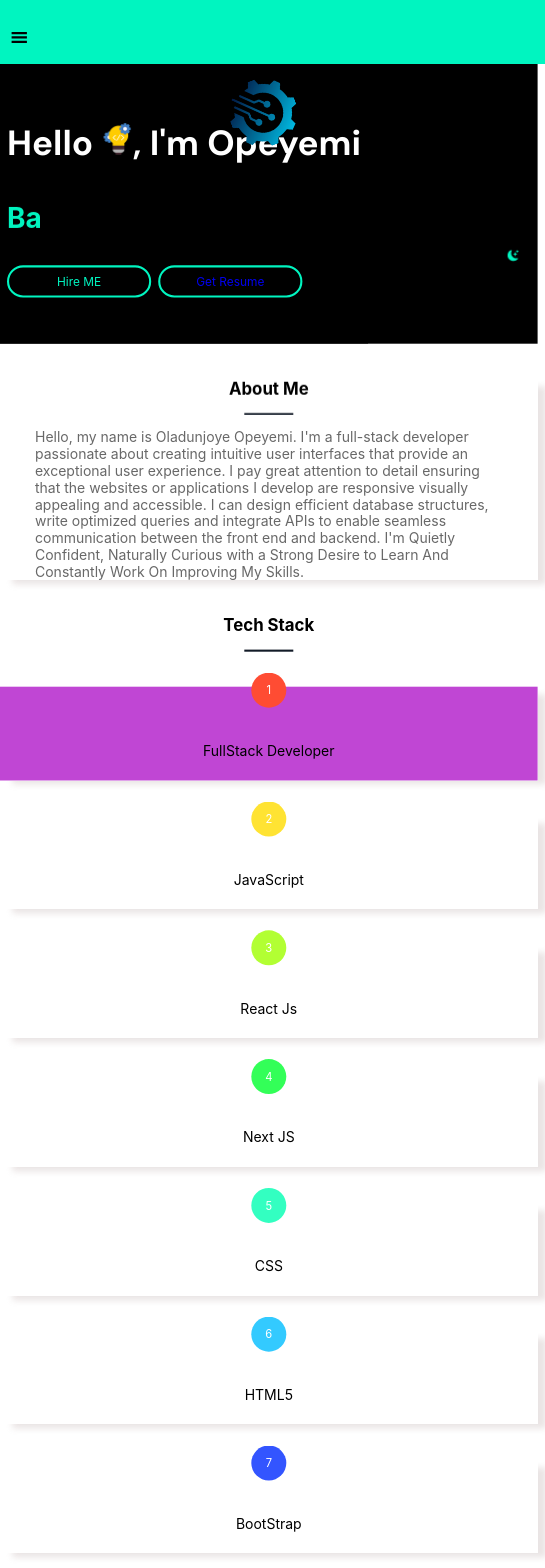
Repository: Laoye99/portfolio
Page: /
The author's editor kept a copy of each file at every save. The page is drawn from the files as they stood at one save, then again after the next save.
The browser window is 768 px wide. The page is 778 px wide, so the pictures cover 778 px, including what lies to the right of the window. The pictures show the part of the page from y = 0 to 2240 px (the page is 2716 px tall), at 70% of full size.
The project was rebuilt for these pictures with package versions that can differ from the ones it lists, and the page was loaded fresh each time. Imported but missing from the stored project, and not drawn on this page: src/components/Home/MyResume.pdf.

Above is the page before, as saved 2024-02-15 14:49:59.

### src/App.js
import './App.css';
import { createContext, useState } from 'react';
import ScrollToTop from 'react-scroll-to-top';
import Navbar from './components/SideNav/Navbar';
import Sidebar from './components/SideNav/Sidebar';
import About from './components/About/About';
import TechStack from './components/TechStack/TechStack';

export const ThemeContext = createContext(null);

const App = () => {
  const [theme, setTheme] = useState("light");

  const changeTheme = () => {
    setTheme((prev) => (prev === "light" ? "dark" : "light"));
  };
  return (
    <ThemeContext.Provider value={{ theme, changeTheme }}>
    <div id={theme}>
    <Navbar/>
    <Sidebar changeTheme={changeTheme} theme={theme}/>
    <About/>
    <TechStack/>
    </div>
    <ScrollToTop
    top="200"
    smooth
    height="20"
    width="20"
    color="#00f5c0"
    style={{ borderRadius: "90px ", backgroundColor: "#000000" }}
    />
    </ThemeContext.Provider>
  );
}

export default App;

### src/App.css
::-webkit-scrollbar {
  width: 8px;
  height: auto;
}

::-webkit-scrollbar-track {
  box-shadow: inset 0 0 5px rgb(103, 100, 109);
}

::-webkit-scrollbar-thumb {
  background-color: #121b27;
  border-radius: 5px;
}

::-webkit-scrollbar-thumb:hover {
  background-color: rgba(189, 59, 210, 0.94);
}

#dark {
  background-color: #273746;
  color: #ffffff;
}

### src/components/SideNav/Navbar.js
import { useState } from "react";
import "./Navbar.css";
import {GiHamburgerMenu} from "react-icons/gi";
import { Link } from "react-scroll";
import {
    FcHome,
    FcBriefcase,
    FcContacts,
    FcServices,
    FcCollaboration,
    FcPortraitMode } from "react-icons/fc";

const Navbar = () => {
    const [open, setOpen] = useState(false);

    const handleClick = () => {
        setOpen(!open);
    };
    return(
        <div className="navbar">
        <div className="navbar-header">
        <p>
        <GiHamburgerMenu size={25} onClick={handleClick} />
        </p>
        </div>
        {open ? (
        <div className="nav">
        <ul>
        <li className="nav-item">
        <Link
        to="home"
        spy={true}
        smooth={true}
        duration={100}
        offset={-100}
        >
        <FcHome size={25}/>
        Home
        </Link>
        </li>
        <li className="nav-item">
        <Link
        to="about"
        spy={true}
        smooth={true}
        duration={100}
        offset={-100}
        >
        <FcPortraitMode size={25}/>
        About
        </Link>
        </li>
        <li className="nav-item">
        <Link
        to="project"
        spy={true}
        smooth={true}
        duration={100}
        offset={-100}
        >
        <FcBriefcase  size={25}/>
        Work Experience
        </Link>
        </li>
        <li className="nav-item">
        <Link
        to="stack"
        spy={true}
        smooth={true}
        duration={100}
        offset={-100}
        >
        <FcServices  size={25} />
        Tech Stack
        </Link>
        </li>
        <li className="nav-item">
        <Link
        to="project"
        spy={true}
        smooth={true}
        duration={100}
        offset={-100}
        >
        <FcCollaboration   size={25} />
        Projects
        </Link>
        </li>
        <li className="nav-item">
        <Link
        to="contact"
        spy={true}
        smooth={true}
        duration={100}
        offset={-100}
        >
        <FcContacts size={25}/>
        Contact
        </Link>
        </li>
        </ul>
        </div>
        ) : null}
        </div>
    );
};

export default Navbar;

### src/components/SideNav/Sidebar.js
import { useState } from "react";
import { BsChevronLeft, BsChevronRight } from "react-icons/bs";
import "./Sidebar.css";
import SidebarList from "./SidebarList";
import Home from "../Home/Home";


const Sidebar = ({ theme,changeTheme }) => {
    const [expandSidebar, setExpandSidebar] = useState(true);

    const handleExpandClick = () => {
        setExpandSidebar(!expandSidebar);
    };
    return(
        <div className="container-fluid sidebar-section">
        <div className={expandSidebar ? "sidebar-expand sidebar" : "sidebar"}>
        <div className="icon-sidebar">
        <p onClick={handleExpandClick}>
        {expandSidebar ? (
            <BsChevronLeft size={30} color="#00f5c0"/>
            ) : (
        <BsChevronRight size={30} color="#00f5c0"/>
            )}
        </p>
        </div>
        <SidebarList expandSidebar={expandSidebar} />
        </div>
        <div className="container-fluid">
          <Home changeTheme = {changeTheme} theme = {theme}/>
        </div>

        </div>
    );
};

export default Sidebar;

### src/components/About/About.js
import React from "react";
import ProfilePic from "../../Image/Screenshot (29).png";
import {Fade} from "react-awesome-reveal";
import {Flip} from "react-awesome-reveal";
import './About.css';
const About = () => {
    return(
        <div className="container about-section" id="about">
    <div className="row">
      <div className="col-xl-6 col-lg-6 col-md-12 col-sm-12">
        <div className="about-details">
          <Flip left>
            <div className="about-title">
              <h2>About Me</h2>
              <span className="line"></span>
            </div>
          </Flip>

          <Fade right>
            <p className="description">
              Hello, my name is Oladunjoye Opeyemi.
              I'm a full-stack developer
              passionate about creating intuitive
              user interfaces that provide
              an exceptional user experience.
              I pay great attention to detail
              ensuring that the websites or applications
              I develop are responsive
              visually appealing and accessible.
              I can design efficient database
              structures, write optimized queries
              and integrate APIs to enable
              seamless communication between
              the front end and backend.
              I'm Quietly Confident, Naturally Curious
               with a Strong Desire to
              Learn And Constantly Work On Improving My Skills.
            </p>
          </Fade>
        </div>
      </div>
    </div>
  </div>
    )
};

export default About;

### src/components/TechStack/TechStack.js
import React, { useState } from "react";
import "./TechStack.css";
import { Fade } from "react-awesome-reveal";
import { Zoom } from "react-awesome-reveal";


const TechStack = () => {
    const data = [
        {
          name: "FullStack Developer",
        },

        {
          name: "JavaScript",
        },
        {
          name: "React Js",
        },
        {
          name: "Next JS",
        },
        {
          name: "CSS",
        },
        {
          name: "HTML5",
        },
        {
          name: "BootStrap",
        },
        {
          name: "TailwindCSS",
        },
        {
          name: "React Native",
        },
        {
          name: "Vanilla JS",
        },
        {
          name: "SCSS",
        },
        {
          name: "Git",
        },
        {
          name: "GitHub",
        },
        {
          name: "Java",
        },
        {
          name: "Springboot",
        },
        {
          name: "Servlet",
        },
        {
          name: "Maven",
        },
        {
          name: "Eclipse IDE",
        },
        {
            name: "IntelliJ IDE",
        },
        {
            name: "MySQL",
        },
        {
            name: "Postman",
        },
        {
            name: "MySQL",
        },
        {
            name: "Tomcat",
        },
      ];

      const colors = [
        "#FF4C33",
        "#FFE333",
        "#B2FF33",
        "#33FF58",
        "#33FFC1",
        "#33CAFF",
        "#3355FF",
        "#9333FF",
        "#F033FF",
        "#FF33C4",
        "#FF3386",
        "#FF334C",
        "#33FF42",
        "#FF3633",
        "#9C33FF",
        "#33FFF6",
        "#33FF58",
        "#FF33C4",
        "#034694",
        "#5A0394",
        "#940303",
        "#944403",
        "#449403",
        "#03945C"
      ];

      const [showMoreTechStack, setMoreTechStack] = useState(9);

      const loadMore = () => {
        setMoreTechStack((prev) => prev + 3);
      };
      return (
        <div className="container techstack-section" id="stack">
      <div className="section-title">
        <h2>Tech Stack</h2>
        <span className="line"></span>
      </div>

      <div className="row">
        {data.slice(0, showMoreTechStack).map((item, index) => (
          <Fade right>
            <div className="col-xl-4 col-lg-4 col-md-6 col-sm-12" key={index}>
              <div
                className={
                  index === 0
                    ? "tech-content-marked tech-content"
                    : "tech-content"
                }
              >
                <span
                  className="tech-number"
                  style={{ backgroundColor: colors[index] }}
                >
                  {index + 1}
                </span>
                <p>{item.name}</p>
              </div>
            </div>
          </Fade>
        ))}
      </div>

      {showMoreTechStack >= data.length ? null : (
        <Zoom>
          <span className="load-more" onClick={loadMore}>
            Load More
          </span>
        </Zoom>
      )}
    </div>
      );
};

export default TechStack;

### src/components/SideNav/Navbar.css
.navbar {
    position: sticky;
    top: 0;
    z-index: 1;
  }

  .navbar-header {
    width: 100%;
    background-color: #00f5c0;
    color: #000000;
    padding: 5px;
  }

  .navbar-header p svg {
    margin-left: 10px;
    cursor: pointer;
    margin-top: 20px;
    margin-right: 5px;
  }

  .nav {
    height: auto;
    width: 210px;
    background-color: #000000;
    margin-top: 30px;
    padding-top: 10px;
    padding-bottom: 10px;
  }

  .nav ul li {
    color: #000000;
    list-style-type: none;
    cursor: pointer;
    text-decoration: none;
    margin-top: 30px;
  }

  .nav ul li a {
    text-decoration: none;
    color: #00f5c0;
  }

  .nav-item .active {
    color: #000000;
    background-color: #00f5c0;
    border-radius: 90px;
    padding: 5px;
    width: 100%;
  }

  @media (min-width: 1000px) {
    .navbar {
      display: none;
    }
  }

### src/components/SideNav/Sidebar.css
.sidebar-section {
    display: flex;
    background-color: #000000;
  }

  .sidebar {
    height: 100vh;
    background-color: #000000;
    width: 95px;
    position: fixed;
  }

  .sidebar-expand {
    width: 230px;
  }

  .container-fluid {
    padding-left: 0px !important;
    padding-right: 0px !important;
    overflow: hidden;
  }

  .icon-sidebar {
    display: flex;
    align-items: right;
    justify-content: right;
    cursor: pointer;
  }

  .icon-sidebar p svg {
    background-color: #3b3b3b;
    padding: 5px;
    color: #00f5c0;
    border-radius: 5px;
    margin-top: 50px;
  }

  @media (max-width: 1000px) {
    .sidebar {
      display: none;
    }
  }

### src/components/SideNav/SidebarList.js
import { Fragment } from "react";
import './SidebarList.css';
import {
    FcHome,
    FcBriefcase,
    FcContacts,
    FcServices,
    FcCollaboration,
    FcSalesPerformance,
    FcPortraitMode,
    FcGraduationCap } from "react-icons/fc";
import {MdCastForEducation} from "react-icons/md";
import { Link } from "react-scroll";
import profilepic from"../../Image/Screenshot (29).png";

const SidebarList =({expandSidebar}) => {
return(
    <Fragment>
    {expandSidebar ? (
    <div className="navbar-items">
          <div className="sidebar-profile-pic">
            <img src={profilepic} alt="profile" />
          </div>
          <ul>
            <li className="nav-item">
              <Link
                to="home"
                spy={true}
                smooth={true}
                duration={100}
                offset={-100}
              >
                <FcHome size={25} /> Home
              </Link>
            </li>
            <li className="nav-item">
              <Link
                to="about"
                spy={true}
                smooth={true}
                duration={100}
                offset={-100}
              >
                <FcPortraitMode size={25}  /> About
              </Link>
            </li>
            <li className="nav-item">
              <Link
                to="project"
                spy={true}
                smooth={true}
                duration={100}
                offset={-100}
              >
                <FcBriefcase size={25} /> Work Experience
              </Link>
            </li>
            <li className="nav-item">
              <Link
                to="stack"
                spy={true}
                smooth={true}
                duration={100}
                offset={-100}
              >
                <FcServices size={25} /> Tech Stack
              </Link>
            </li>
            <li className="nav-item">
              <Link
                to="project"
                spy={true}
                smooth={true}
                duration={100}
                offset={-100}
              >
                <FcCollaboration size={25} /> Projects
              </Link>
            </li>
            <li className="nav-item">
              <Link
                to="contact"
                spy={true}
                smooth={true}
                duration={100}
                offset={-100}
              >
                <FcContacts size={25} /> Contact
              </Link>
            </li>
          </ul>
        </div>
      ) : (
        <div className="navbar-items-only-icons">
          <ul>
            <li className="nav-item">
              <Link
                to="home"
                spy={true}
                smooth={true}
                duration={100}
                offset={-100}
              >
                <FcHome size={25} />
              </Link>
            </li>
            <li className="nav-item">
              <Link
                to="about"
                spy={true}
                smooth={true}
                duration={100}
                offset={-100}
              >
                <FcPortraitMode size={25} />
              </Link>
            </li>
            <li className="nav-item">
              <Link
                to="project"
                spy={true}
                smooth={true}
                duration={100}
                offset={-100}
              >
                <FcBriefcase size={25} />
              </Link>
            </li>
            <li className="nav-item">
              <Link
                to="stack"
                spy={true}
                smooth={true}
                duration={100}
                offset={-100}
              >
                <FcServices  size={25} />
              </Link>
            </li>
            <li className="nav-item">
              <Link
                to="project"
                spy={true}
                smooth={true}
                duration={100}
                offset={-100}
              >
                <FcCollaboration size={25} />
              </Link>
            </li>
            <li className="nav-item">
              <Link
                to="contact"
                spy={true}
                smooth={true}
                duration={100}
                offset={-100}
              >
                <FcContacts size={25} />
              </Link>
            </li>
          </ul>
          </div>
      )}
    </Fragment>
);
};

export default SidebarList;

### src/components/Home/Home.js
import React from 'react';
import Typewriter from 'typewriter-effect';
import { BsFillMoonStarsFill, BsSun } from 'react-icons/bs';
import { Fade } from 'react-awesome-reveal';
import concept from "../../Image/concept.png";
import automation from "../../Image/automation.png";
import "./Home.css";
import MyCv from './MyResume.pdf';



const Home = ({theme, changeTheme}) => {
    return(
        <div className='container-fluid home' id="home">
        <div  className='theme-change' onClick={changeTheme}>
        {theme === "light" ? (
            <p>
            <BsFillMoonStarsFill />{" "}
            </p>
            ) : (
                <p className='sun-light-icon'>
                <BsSun/>
                </p>
            )}
        </div>

        <div className='container home-content'>
        <Fade right>
        <h1>
        Hello <img alt='vector' src={concept}/>, I'm Opeyemi
        </h1>

        <h2>
        <Typewriter
        options={{
            strings: [
              "Frontend Developer",
              "Backend Developer",
              "Software Engineer",
            ],
            autoStart: true,
            loop: true,
            delay: 5,
          }}
        />
        </h2>
        </Fade>

        <Fade bottom>
        <div className='button-for-action'>
        <div className='hire-me-button'>Hire ME</div>
        <div className="get-resume-button">
              <a href={MyCv} download="Opeyemi_cv">
                Get Resume
              </a>
            </div>
        </div>
        </Fade>
        <img className='automation' alt='automation' src={automation}/>
        </div>
        </div>
    )

};

export default Home;

### src/components/About/About.css
.about-section {
    box-shadow: 15px 9px 9px -2px rgba(230, 224, 244, 0.86);
    -webkit-box-shadow: 15px 9px 9px -2px rgba(230, 224, 224, 0.86);
    -moz-box-shadow: 15px 9px 9px -2px rgba(230, 224, 224, 0.86);

    margin-top: 50px;
    height: 300px;
    margin-left: 250px;
    padding: 0px 50px;
  }

  #dark .about-section {
    box-shadow: none;
    background-color: #17202a;
    box-shadow: -6px 11px 5px -4px rgba(0, 0, 0, 0.42);
    -webkit-box-shadow: -6px 11px 5px -4px rgba(0, 0, 0, 0.42);
    -moz-box-shadow: -6px 11px 5px -4px rgba(0, 0, 0, 0.42);
  }


  #dark .about-image img {
    border: 5px solid #ffffff;
  }

  .about-details {
    margin-top: 50px;
  }

  .about-title h2 {
    text-align: center;
  }
  .description {
    font-size: 20px;
    color: #686868;
  }

  #dark .description {
    color: #ffffff;
  }

  .line {
    display: block;
    width: 70px;
    height: 3px;
    margin: 1px auto;
    background-color: #121b27;
  }

  #dark .line {
    background-color: #ffffff;
  }

  @media (max-width: 1000px) {
    .about-image {
      display: none;
    }
    .about-section {
      margin: 50px auto;
      height: auto;
    }
  }

### src/components/TechStack/TechStack.css
.techstack-section {
    margin-top: 300px;
    height: auto;
    margin-bottom: 40px;
    margin-left: 250px;
  }

  .section-title h2 {
    text-align: center;
  }

  .tech-content {
    padding: 10px;
    color: #000;
    margin-top: 50px;
    box-shadow: 15px 9px 9px -2px rgba(230, 224, 244, 0.86);
    -webkit-box-shadow: 15px 9px 9px -2px rgba(230, 224, 224, 0.86);
    -moz-box-shadow: 15px 9px 9px -2px rgba(230, 224, 224, 0.86);
  }

  #dark .tech-content {
    background-color: #03945c;
    color: #ffffff;
    box-shadow: -6px 11px 5px -4px rgba(0, 0, 0, 0.42);
    -webkit-box-shadow: -6px 11px 5px -4px rgba(0, 0, 0, 0.42);
    -moz-box-shadow: -6px 11px 5px -4px rgba(0, 0, 0, 0.42);
  }

  #dark .tech-content:hover {
    background-color: #121b27;
    transition-duration: 1s;
  }

  .tech-content-marked {
    background-color: rgba(189, 59, 210, 0.94);
  }

  .tech-content p {
    text-align: center;
    padding-top: 30px;
    font-size: 20px;
  }

  .tech-content:hover {
    background-color: #121b27;
    color: #fff;
    cursor: pointer;
    transition-duration: 1s;

    box-shadow: -6px 11px 5px -4px rgba(0, 0, 0, 0.42);
    -webkit-box-shadow: -6px 11px 5px -4px rgba(0, 0, 0, 0.42);
    -moz-box-shadow: -6px 11px 5px -4px rgba(0, 0, 0, 0.42);
  }

  .tech-number {
    border-radius: 90px;
    height: 50px;
    width: 50px;
    color: #fff;
    text-align: center;
    align-items: center;
    justify-content: center;
    display: block;
    margin: 0 auto;
    margin-top: -30px;
    line-height: 50px;
  }

  .load-more {
    background-color: #121b27;
    width: 150px;
    padding: 10px;
    color: #ffffff;
    text-align: center;
    justify-content: center;
    cursor: pointer;
    display: table;
    margin-left: auto;
    margin-right: auto;
    margin-top: 35px;
    border-radius: 5px;
    margin-bottom: 40px;
    font-size: 20px;
  }

  #dark .load-more {
    background-color: #17202a;
  }

  .load-more:hover {
    background-color: rgba(189, 59, 210, 0.94);
    transition-duration: 1s;
  }
  #dark .load-more:hover {
    background-color: #121b27;
    transition-duration: 1s;
  }

  @media (max-width: 1000px) {
    .techstack-section {
      margin: 50px auto;
    }
  }

### src/components/SideNav/SidebarList.css
.sidebar-profile-pic img {
    border-radius: 90px;
    margin-top: 10px;
    height: 150px;
    width: 150px;
    display: flex;
    vertical-align: middle;
    margin: 0 auto;
    object-fit: cover;
    border: 3px solid #00f5c0;
  }

  .navbar-items ul li {
    color: #00f5c0;
    list-style-type: none;
    cursor: pointer;
    margin-top: 30px;
  }

  .navbar-items ul li svg {
    margin-right: 25px;
    margin-left: 10px;
  }

  .navbar-items-only-icons ul li {
    margin-top: 30px;
    cursor: pointer;
    list-style-type: none;
  }

  .navbar-items-only-icons ul li svg {
    margin-left: 10px;
  }

  .navbar-items ul li a {
    text-decoration: none;
  }
  .nav-item .active {
    border-left: 2px solid #00f5c0;
    color: #000000;
  }

### src/components/Home/Home.css
@import url("https://fonts.googleapis.com/css2?family=DM+Sans:wght@700&display=swap");

.home {
  height: 400px;
  background-color: #000000;
  color: #00f5c0;

}

.home-content {
  padding: 10px;
  margin-top: 100px;
  margin-left: 300px;
  position: relative;
}
/* rgba(189, 59, 210, 0.94) */

.home-content h1 {
  font-family: DM Sans;
  font-size: 50px;
  font-weight: 700;
  line-height: 6.2rem;
  color: #ffffff;
}

.home-content h1 img {
  width: 45px;
}

.home-content h2 {
  margin-top: 20px;
  color: #00f5c0;
  font-size: 40px;
}

.button-for-action {
  display: flex;
}

.hire-me-button {
  background-color: #000000;
  text-align: center;
  width: 180px;
  padding: 10px;
  border-radius: 90px;
  border: 3px solid #00f5c0;
  cursor: pointer;
  margin-top: 10px;
  font-size: 17px;
}

.hire-me-button:hover {
  background-color: #00f5c0;
  width: 250px;
  color: #000;
  transition-duration: 1s;
  font-size: 20px;
}
.get-resume-button {
  background-color: #000000;
  text-align: center;
  width: 180px;
  padding: 10px;
  border-radius: 90px;
  border: 3px solid #00f5c0;
  cursor: pointer;
  margin-top: 10px;
  margin-left: 10px;
  font-size: 17px;
}

.get-resume-button:hover {
  background-color: #00f5c0;
  width: 250px;
  color: #000;
  transition-duration: 1s;
  font-size: 20px;
}

.get-resume-button a {
  text-decoration: none;
}

.automation {
  position: absolute;
  top: 0;
  right: 100px;
  height: 100px;
  animation: rotation infinite 5s linear;
}

@media (max-width: 450px) {
  .automation {
    bottom: 0;
  }
}

.theme-change {
  justify-content: center;
  height: 50px;
  width: 50px;
  background-color: #000000;
  right: 0;
  margin-right: 10px;
  text-align: center;
  vertical-align: middle;
  line-height: 20px;
  position: fixed;
  top: 150;
  margin-top: 250px;
  border-radius: 5px;
  cursor: pointer;
  z-index: 1;
}

.sun-light-icon {
  animation: rotation infinite 5s linear;
}

@keyframes rotation {
  from {
    transform: rotate(0deg);
  }

  to {
    transform: rotate(360deg);
  }
}
@media (max-width: 1000px) {
  .home {
    top: 0;
  }
  .home-content {
    margin: 20px auto;
  }
}

Loaded but not shown: public/index.html (common file); src/index.js (common file); src/index.css (common file); src/reportWebVitals.js (common file)

After the next save:
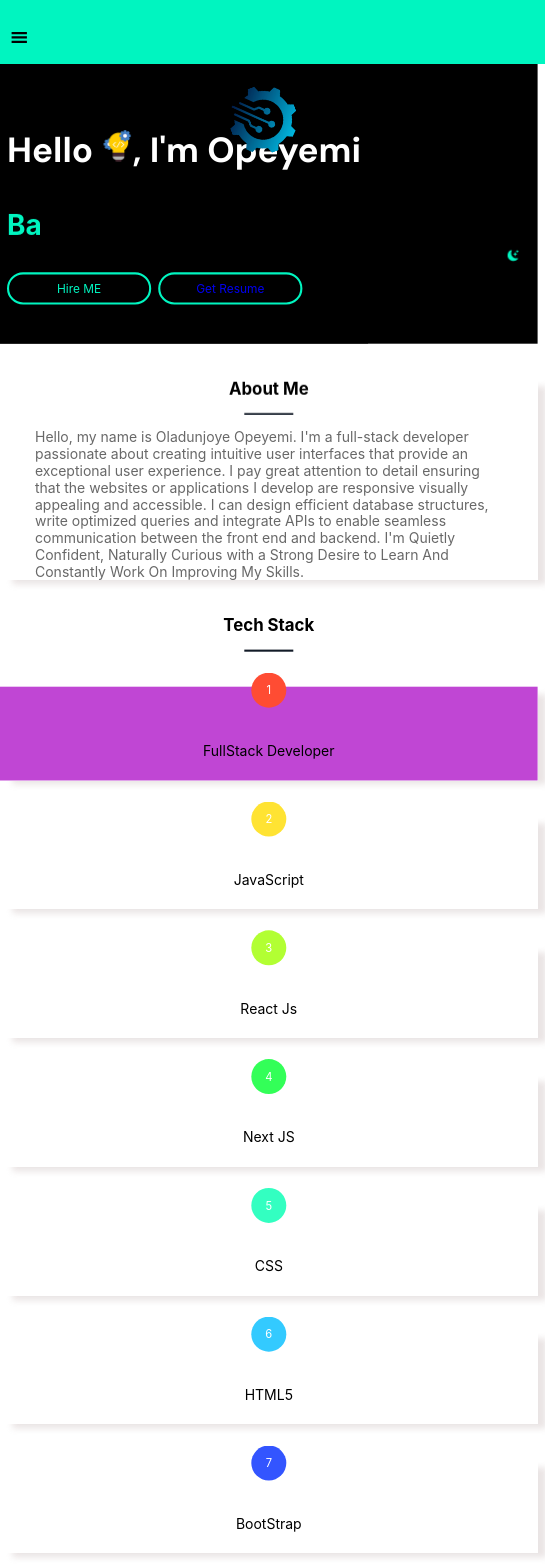
Saved 28 s later.
--- a/src/components/Home/Home.css
+++ b/src/components/Home/Home.css
@@ -131,6 +131,6 @@
     top: 0;
   }
   .home-content {
-    margin: 20px auto;
+    margin: 30px auto;
   }
 }
